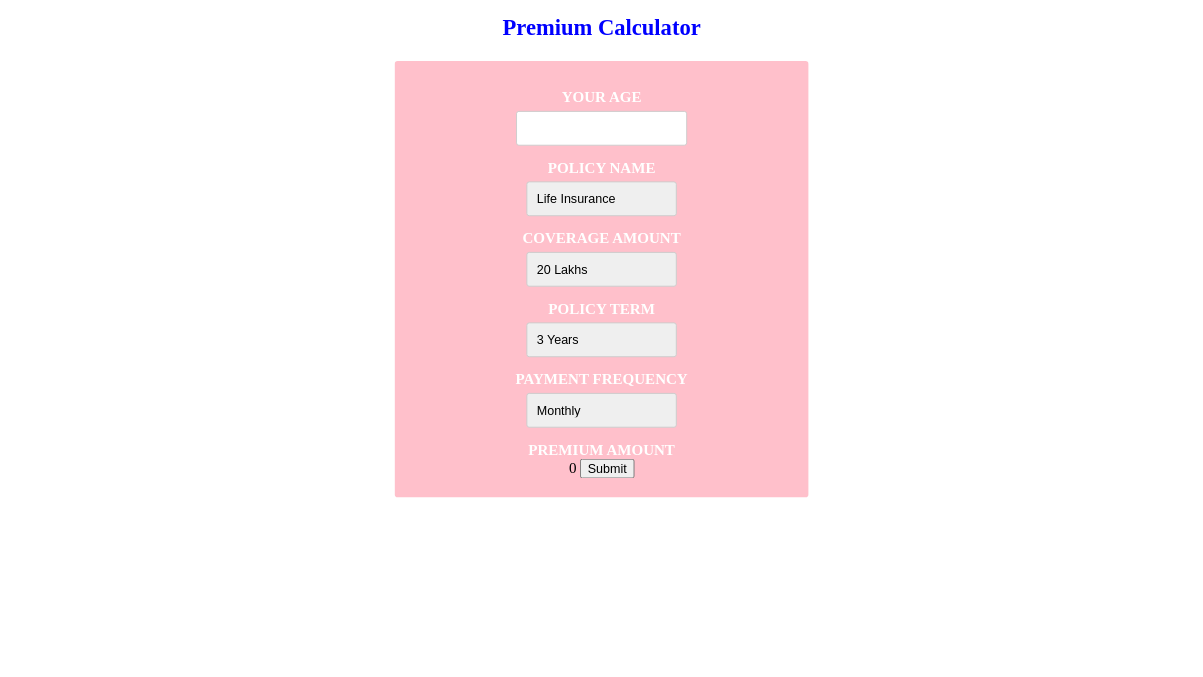
Repository: sowmini-nats/git-spring-project
Page: http://localhost/InsuranceAutomationSystem/PremiumCalculator.jsp
An editor plug-in stored every save of this project. The page is shown before and after the next save, followed by the edit.
The browser window is 1280 px wide. The pictures show the whole page, at 94% of full size.
The page is served by Tomcat 10. Other server files are loaded and not shown. The template is opened directly, without the code that normally fills it, so the values that code supplies are empty.

Above is the page before, as saved 2023-10-31 00:03:54.

### eclipse-workspace-jspassessment/InsuranceAutomationSystem/src/main/webapp/PremiumCalculator.jsp
<%@ page language="java" contentType="text/html; charset=UTF-8"
    pageEncoding="UTF-8"%>
<!DOCTYPE html>
<html>
<head>
    <meta charset="UTF-8">
    <title>Policy Premium Form</title>
    <style>
        div {
            width: 400px;
            background-color: pink;
            border: 2px solid white;
            border-radius: 5px;
            margin: 20px;
            padding: 20px;
        }
        h1 {
            font-size: 24px;
            color: blue;
        }
        form {
            width: 80%;
            margin: 0 auto;
        }
        b {
            display: block;
            font-weight: bold;
            margin-top: 10px;
            color: white;
        }
        select, input[type="date"], input[type="text"], input[type="number"] {
            width: 50%;
            padding: 10px;
            margin: 5px 0;
            border: 1px solid #ccc;
            border-radius: 3px;
        }
        option {
            font-weight: bold;
        }
        select {
            appearance: none;
            -webkit-appearance: none;
            -moz-appearance: none;
            background-position: right center;
            background-repeat: no-repeat;
        }
    </style>
</head>
<body>
<%-- <%int id = (int)request.getAttribute("id"); %> --%>
<center>
    <h1>Premium Calculator</h1>
    <div>
        <form action="/premium" method="post">
            <b>YOUR AGE</b>
           <input type="number" id="age"/><br>
            <b>POLICY NAME</b>
            <select name="policyName" id="policyname" onchange="myPolicyFunction()">
                <option value="Life">Life Insurance</option>
                <option value="Health">Health Insurance</option>
                <option value="Vehicle">Vehicle Insurance</option>
            </select><br/>
            <b>COVERAGE AMOUNT</b>
            <select name="coverageAmt" id="coverageAmt">
                <option value="2000000">20 Lakhs</option>
                <option value="1500000">15 Lakhs</option>
                <option value="1000000">10 Lakhs</option>
            </select><br>
            <b>POLICY TERM</b>
            <select name="policyTerm" id="policyterm">
                <option value="3">3 Years</option>
            </select><br>
            <b>PAYMENT FREQUENCY</b>
            <select name="paymentFrequency" id="paymentFrequency">
                <option value="Monthly">Monthly</option>
                <option value="Annually">Annually</option>
            </select><br>
            <b>PREMIUM AMOUNT</b> <span id="premiumAmt">0</span>
            <input type="submit" value="Submit" onclick="calculateValue(); return false;"/>
        </form>
    </div>
</center>
<script type="text/javascript">
    function calculateValue() {
    	var name = document.getElementById('policyname').value;
        var policyTerm = parseInt(document.getElementById('policyterm').value);
        var paymentFrequency = document.getElementById('paymentFrequency').value;
        var coverage = parseInt(document.getElementById('coverageAmt').value);
        var age = document.getElementById('age').value;
        var calculatedValue = 0;

        if((name == "Health")||(name == "Vehicle")){
        if (paymentFrequency == "Monthly") {
            calculatedValue = coverage / (policyTerm * 12);
        } else if (paymentFrequency == "Annually") {
            calculatedValue = coverage / policyTerm;
        } else {
            calculatedValue = 0;
        }
        }
        else{
      	  if(paymentFrequency=="Monthly"){
      	        calculatedValue=coverage/((60-age)*12);
      	    }
      	    else if(paymentFrequency=="Annually"){
      	        calculatedValue=coverage/(60-age);
      	    }else {
      	      calculatedValue = 0;
      	    }
        }

        document.getElementById('premiumAmt').textContent = calculatedValue;
    }

    function myPolicyFunction() {
        var age = document.getElementById("age").value;
        var name = document.getElementById('policyname').value;
        var selectElement = document.querySelector('#policyterm');
        selectElement.innerHTML = ''; // Clear existing options

        console.log(age);
        if (name == "Health") {
            if (age <= 65 && age >= 51) {
                let newOption1 = new Option('12 years', 12);
                let newOption2 = new Option('10 years', 10);
                let newOption3 = new Option('8 years', 8);
                selectElement.add(newOption1);
                selectElement.add(newOption2);
                selectElement.add(newOption3);
            } else if (age <= 50 && age >= 31) {
                let newOption1 = new Option('20 years', 20);
                let newOption2 = new Option('15 years', 15);
                let newOption3 = new Option('10 years', 10);
                selectElement.add(newOption1);
                selectElement.add(newOption2);
                selectElement.add(newOption3);
            } else if (age <= 30 && age >= 18) {
                let newOption1 = new Option('30 years', 30);
                let newOption2 = new Option('25 years', 25);
                let newOption3 = new Option('20 years', 20);
                selectElement.add(newOption1);
                selectElement.add(newOption2);
                selectElement.add(newOption3);
            }
        } else if (name == "Vehicle") {
            if (age <= 65 && age >= 51) {
                let newOption1 = new Option('11 years', 11);
                let newOption2 = new Option('9 years', 9);
                let newOption3 = new Option('7 years', 7);
                selectElement.add(newOption1);
                selectElement.add(newOption2);
                selectElement.add(newOption3);
            } else if (age <= 50 && age >= 31) {
                let newOption1 = new Option('20 years', 20);
                let newOption2 = new Option('15 years', 15);
                let newOption3 = new Option('10 years', 10);
                selectElement.add(newOption1);
                selectElement.add(newOption2);
                selectElement.add(newOption3);
            } else if (age <= 30 && age >= 18) {
                let newOption1 = new Option('35 years', 30);
                let newOption2 = new Option('30 years', 25);
                let newOption3 = new Option('25 years', 20);
                selectElement.add(newOption1);
                selectElement.add(newOption2);
                selectElement.add(newOption3);
            }
        } else if (name == "Life") {
            let newOption1 = new Option('Full term', 60);
            selectElement.add(newOption1);
        }
    }
</script>
</body>
</html>

### eclipse-workspace-jspassessment/InsuranceAutomationSystem/src/main/webapp/Navigation.jsp
<%@ page language="java" contentType="text/html; charset=UTF-8" pageEncoding="UTF-8"%>
<!DOCTYPE html>
<Html>
<Head>
<meta charset="UTF-8">
<Title>
Make a Navigation Bar
</Title>
<style type=text/css>
body
{
height: 125vh;
margin-top: 80px;
padding: 30px;
background-size: cover;
font-family: sans-serif;
}
header {
background-color: green;
position: fixed;
left: 0;
right: 0;
top: 5px;
height: 30px;
display: flex;
align-items: center;
box-shadow: 0 0 25px 0 black;
}
header * {
display: inline;
}
header li {
margin: 20px;
}
header li a {
color: white;
text-decoration: none;
}
</style>
</Head>
<Body>
<header>
<nav>
<ul>
<li>
<a href="/home"> Home </a>
</li>
<li>
<a href="/Logout"> Logout </a>
</li>
<li>
<a href="#"> Contact </a>
</li>
<li> <a href="#"> Terms of use </a>
</li>
<li>
<a href="#"> Join Us </a>
</li>
</ul>
</nav>
</header>
</Body>
</Html>

After the next save:
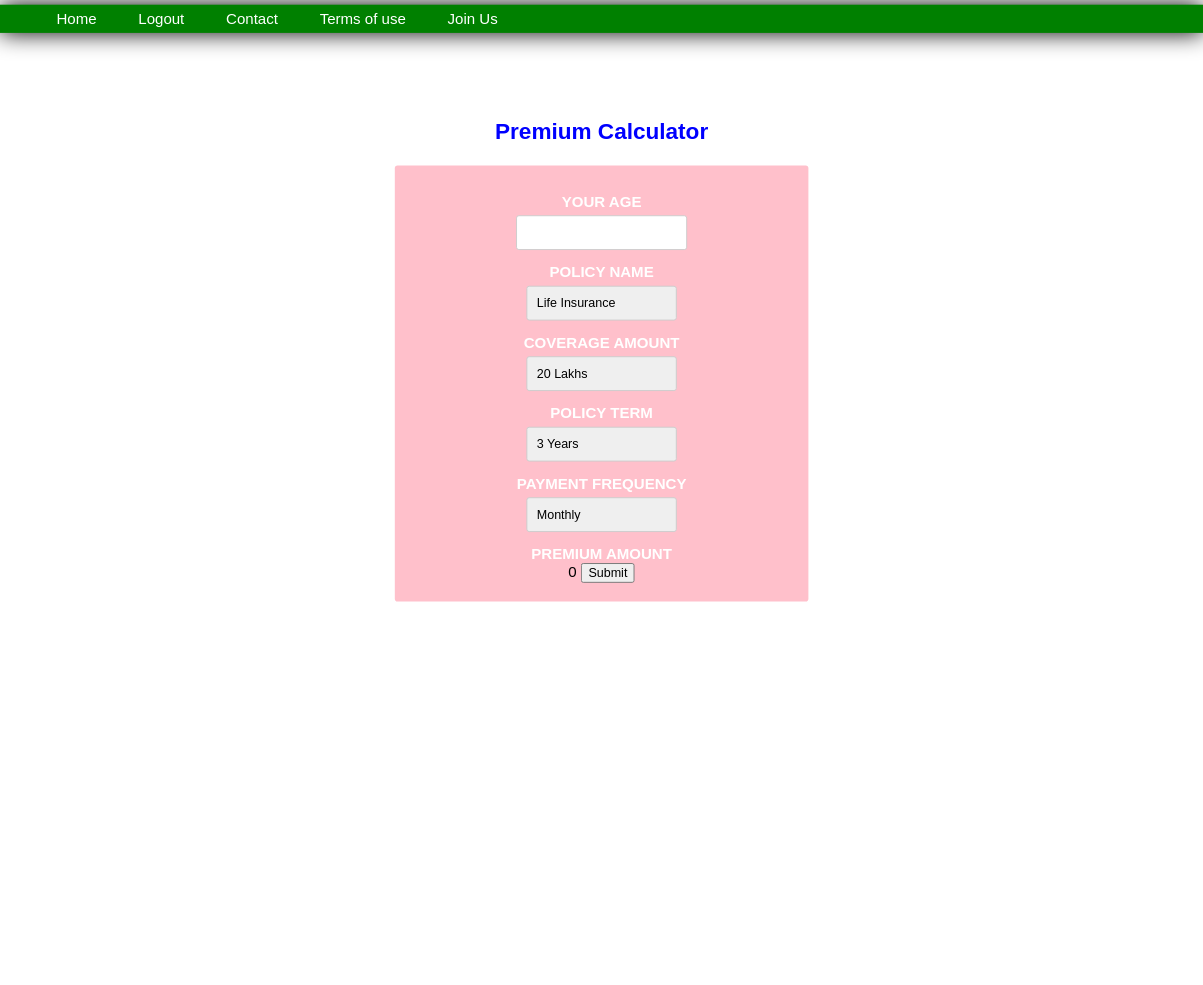
Saved 38 s later.
--- a/eclipse-workspace-jspassessment/InsuranceAutomationSystem/src/main/webapp/PremiumCalculator.jsp
+++ b/eclipse-workspace-jspassessment/InsuranceAutomationSystem/src/main/webapp/PremiumCalculator.jsp
@@ -48,6 +48,7 @@
     </style>
 </head>
 <body>
+<jsp:includepage="Navigation.jsp"/>
 <%-- <%int id = (int)request.getAttribute("id"); %> --%>
 <center>
     <h1>Premium Calculator</h1>
